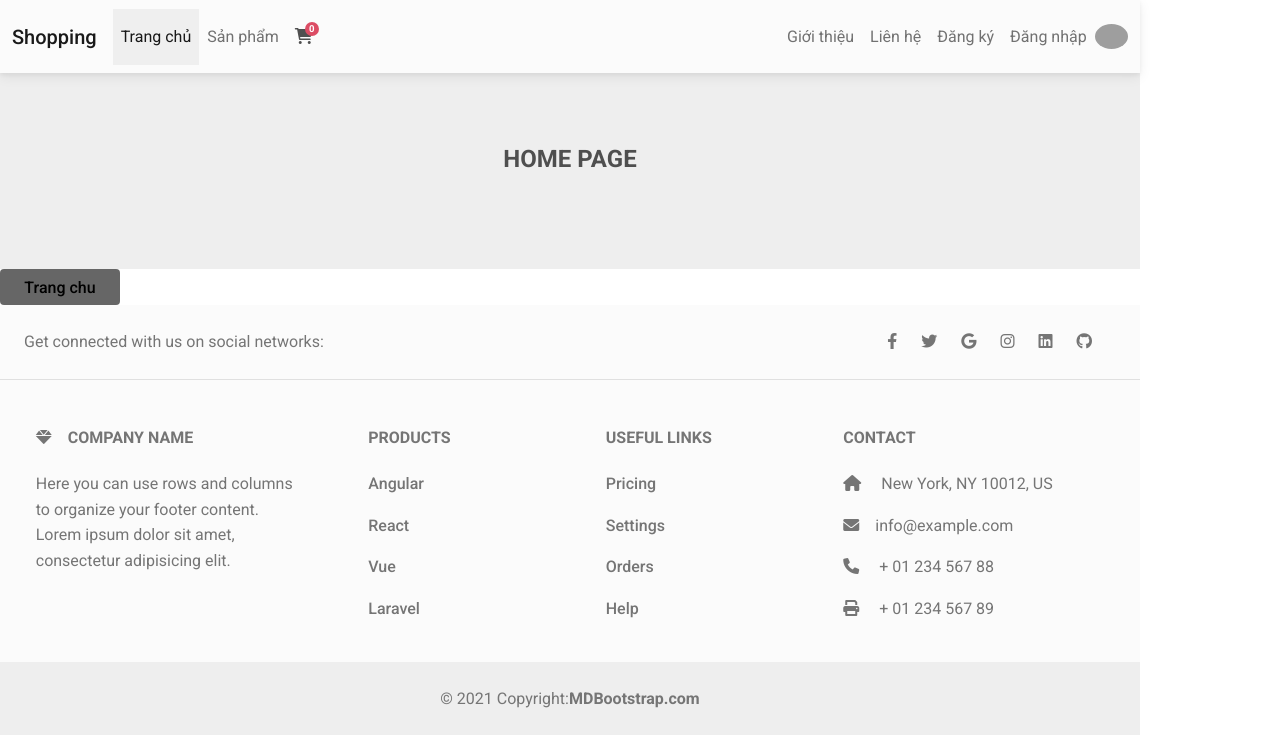
Repository: TinhTT336/MD02_Session10
Page: /
An editor plug-in stored every save of this project. The page is shown before and after the next save, followed by the edit.
The browser window is 1280 px wide. The pictures show the whole page.
Pictures or frames that could not be fetched are drawn as grey boxes. Some web libraries are served in a nearby version. The project was rebuilt for these pictures with package versions that can differ from the ones it lists, and the page was loaded fresh each time. Also part of the build but not shown: vite.config.js, src/common/formatMoney.js, src/actions/cartActions.js, src/pages/ListProduct.jsx, src/pages/Cart.jsx, src/components/base/backtop/backtop.css, src/components/base/backtop/BackToTop.jsx, src/pages/About.jsx and 4 more.

Above is the page before, as saved 2023-09-08 14:47:56.

### index.html
<!DOCTYPE html>
<html lang="en">
  <head>
    <meta charset="UTF-8" />
    <link rel="icon" type="image/svg+xml" href="/vite.svg" />
    <meta name="viewport" content="width=device-width, initial-scale=1.0" />
    <title>Vite + React</title>
    <!-- Font Awesome -->
    <link
      href="https://cdnjs.cloudflare.com/ajax/libs/font-awesome/6.0.0/css/all.min.css"
      rel="stylesheet"
    />
    <!-- Google Fonts -->
    <link
      href="https://fonts.googleapis.com/css?family=Roboto:300,400,500,700&display=swap"
      rel="stylesheet"
    />
    <!-- MDB -->
    <link
      href="https://cdnjs.cloudflare.com/ajax/libs/mdb-ui-kit/6.4.1/mdb.min.css"
      rel="stylesheet"
    />
  </head>
  <body>
    <div id="root"></div>
    <script type="module" src="/src/main.jsx"></script>
    <script
      type="text/javascript"
      src="https://cdnjs.cloudflare.com/ajax/libs/mdb-ui-kit/6.4.1/mdb.min.js"
    ></script>
  </body>
</html>

### src/main.jsx
import React from 'react'
import ReactDOM from 'react-dom/client'
import App from './App.jsx'
import './index.css'
import { BrowserRouter } from 'react-router-dom'
import { Provider } from 'react-redux'
import { createStore } from 'redux'
import { reducer } from './reducers/index.js'

const store = createStore(reducer)
ReactDOM.createRoot(document.getElementById('root')).render(
  <React.StrictMode>
    <BrowserRouter>
      <Provider store={store}>
        <App />
      </Provider>
    </BrowserRouter>
  </React.StrictMode>,
)

### src/App.jsx

import { Route, Routes, useLocation } from 'react-router-dom'
import './App.css'
import Home from './pages/Home'
import ListProduct from './pages/ListProduct'
import Cart from './pages/Cart'
import About from './pages/About'
import Contact from './pages/Contact'
import Register from './pages/Register'
import Login from './pages/Login'
import ProductDetail from './pages/ProductDetail'
import { useEffect } from 'react'

function App() {
  const location = useLocation();
  useEffect(() => {
    window.scrollTo({ top: 0, behavior: "smooth" });
  }, [location.pathname])
  return (
    <>
      <Routes>
        <Route path='/' element={<Home />}></Route>
        <Route path='/list-product' element={<ListProduct />}></Route>
        <Route path='/product/:id' element={<ProductDetail />}></Route>
        <Route path='/cart' element={<Cart />}></Route>
        <Route path='/about' element={<About />}></Route>
        <Route path='/contact' element={<Contact />}></Route>
        <Route path='/register' element={<Register />}></Route>
        <Route path='/login' element={<Login />}></Route>
        <Route path='/product-detail' element={<ProductDetail />}></Route>
      </Routes>
    </>
  )
}

export default App

### src/reducers/index.js
import { combineReducers } from "redux";
import { listProduct } from "./listProduct";
import { listCart } from "./listCart";

export const reducer = combineReducers({ listProduct, listCart });

### src/App.css
* {
  margin: 0;
  padding: 0;
  box-sizing: border-box;
}
.active {
  background-color: #efefef;
}
body {
  max-width: 90%;
  margin: 0 auto;
}

.nav-item .nav-link {
  padding: 15px;
}

.fa-cart-shopping {
  position: relative;
}

.fa-cart-shopping + span {
  position: absolute;
  top: -10px;
  right: -10px;
  background-color: red;
  color: white;
  border-radius: 50%;
  padding: 5px 10px;
}

### src/pages/Home.jsx
import React from 'react'
import Navbar from '../layouts/Navbar'
import Footer from '../layouts/Footer'
import Button from '../components/base/button/Button'

export default function Home() {
    return (
        <div>
            <Navbar />
            <section style={{ backgroundColor: "#eee" }}>
                <div className="text-center container py-5">
                    <h4 className="mt-4 mb-5">
                        <strong>HOME PAGE</strong>
                    </h4>
                </div>
            </section>
            <Button title={"Trang chu"} size={120} type={"primary"} />
            {/* <Button title={"Cap nhat"} size={120} /> */}
            <Footer />
        </div>
    )
}

### src/reducers/listProduct.js
import products from "../data/products.json";
export const listProduct = (state = products, action) => {
  return state;
};

### src/reducers/listCart.js
import {
  ACT_ADD_CART,
  ACT_DECREASE,
  ACT_DELETE,
  ACT_INCREASE,
} from "../contrains/actionTypes";

const initialState = JSON.parse(localStorage.getItem("carts")) || [];
const saveDataLocal = (arr) => {
  localStorage.setItem("carts", JSON.stringify(arr));
};

/**
 * ham lay ra vi tri cua product trong listProduct
 * @param {*} id id can kiem tra
 * @param {*} arr mang can kiem tra
 * @returns neu tim thay ban ghi thi tra ra vi tri, neu khong tra ra -1
 * Author: TinhTT(08/09/2023)
 */
const findIndexProduct = (id, arr) => {
  const productIndex = arr.findIndex((p) => p.product_id === id);
  return productIndex;
};
export const listCart = (state = initialState, action) => {
  switch (action.type) {
    case ACT_ADD_CART:
      //b1:clone mang cu
      const newCarts = [...state];
      // vi tri can lay
      const indexProduct = findIndexProduct(
        action.payload.product_id,
        newCarts
      );
      // b2: kiem tra san pham da ton tai torng gio hang chua?
      if (indexProduct !== -1) {
        // neu da ton tai thi tang so luong
        newCarts[indexProduct].quantity += 1;
        // b3: luu giu lieu len local
        saveDataLocal(newCarts);
        // b4: return mang moi
        return newCarts;
      } else {
        // neu chua thi them vao gio hang
        const newAddCarts = [...state, { ...action.payload, quantity: 1 }];
        // b3: luu giu lieu len local
        saveDataLocal(newAddCarts);
        // b4: return mang moi
        return newAddCarts;
      }
    case ACT_DECREASE:
      // clone ra mang moi
      const newArr = [...state];
      // tim vi tri san pham
      const indexProductDecrease = findIndexProduct(action.payload, newArr);
      // neu so luong sp lon hon 0 thi giam di
      if (newArr[indexProductDecrease].quantity > 1) {
        newArr[indexProductDecrease].quantity -= 1;
        saveDataLocal(newArr);
        return newArr;
      } else {
        // neu so luong bang 0 thi clear khoi gio hang
        //cach 1:
        // newArr.splice(indexProductDecrease, 1);
        // saveDataLocal(newArr);
        // return newArr;

        // cach 2:
        const productFilter = newArr.filter(
          (p) => p.product_id !== action.payload
        );
        saveDataLocal(productFilter);
        return productFilter;
      }
    case ACT_INCREASE:
      // tim vi tri san pham
      const indexProductIncrease = findIndexProduct(action.payload, state);
      // clone ra mang moi
      const newArrIncrease = [...state];
      newArrIncrease[indexProductIncrease].quantity += 1;
      saveDataLocal(newArrIncrease);
      return newArrIncrease;
    case ACT_DELETE:
      // clone ra mang moi
      const newArrDelete = [...state];
      // loc ra cac san pham co id khac voi id cua sp can xoa
      const newArrAfterDelete = newArrDelete.filter(
        (p) => p.product_id !== action.payload
      );
      // luu giu lieu len local
      saveDataLocal(newArrAfterDelete);
      // return mang moi
      return newArrAfterDelete;
    default:
      return state;
  }
};

### src/layouts/Navbar.jsx
import React from 'react'
import { useSelector } from 'react-redux'
import { Link, NavLink } from 'react-router-dom'

export default function Navbar() {
    const carts = useSelector(cart => cart.listCart);
    return (
        <div>
            <>
                {/* Navbar start */}
                {/* Navbar */}
                <nav className="navbar navbar-expand-lg navbar-light bg-light">
                    {/* Container wrapper */}
                    <div className="container-fluid">
                        {/* Toggle button */}
                        <button
                            className="navbar-toggler"
                            type="button"
                            data-mdb-toggle="collapse"
                            data-mdb-target="#navbarSupportedContent"
                            aria-controls="navbarSupportedContent"
                            aria-expanded="false"
                            aria-label="Toggle navigation"
                        >
                            <i className="fas fa-bars" />
                        </button>
                        {/* Collapsible wrapper */}
                        <div className="collapse navbar-collapse" id="navbarSupportedContent">
                            {/* Navbar brand */}
                            <a className="navbar-brand mt-2 mt-lg-0" >
                                {" "}
                                Shopping{" "}
                            </a>
                            {/* Left links */}
                            <ul className="navbar-nav me-auto mb-2 mb-lg-0">
                                <li className="nav-item">
                                    <NavLink to={"/"} className="nav-link" >
                                        Trang chủ
                                    </NavLink>
                                </li>
                                <li className="nav-item">
                                    <NavLink to={"/list-product"} className="nav-link" >
                                        Sản phẩm
                                    </NavLink>
                                </li>
                                <li className="nav-item">
                                    {/* Icon */}
                                    <Link to={"/cart"} className="text-reset me-3 nav-link" >
                                        <i className="fas fa-shopping-cart" />
                                        <span className="badge rounded-pill badge-notification bg-danger">
                                            {carts.length}
                                        </span>
                                    </Link>
                                </li>
                            </ul>
                            {/* Left links */}
                        </div>
                        {/* Collapsible wrapper */}
                        {/* Right elements */}
                        <div className="d-flex align-items-center">
                            <ul className="navbar-nav me-auto mb-2 mb-lg-0">
                                <li className="nav-item">
                                    <NavLink to={"/about"} className="nav-link" >
                                        Giới thiệu
                                    </NavLink>
                                </li>
                                <li className="nav-item">
                                    <NavLink to={"/contact"} className="nav-link" >
                                        Liên hệ
                                    </NavLink>
                                </li>
                                <li className="nav-item">
                                    <NavLink to={"/register"} className="nav-link" >
                                        Đăng ký
                                    </NavLink>
                                </li>
                                <li className="nav-item">
                                    <NavLink to={"/login"} className="nav-link" >
                                        Đăng nhập
                                    </NavLink>
                                </li>
                            </ul>
                            {/* Avatar */}
                            <div className="dropdown">
                                <a
                                    className="dropdown-toggle d-flex align-items-center hidden-arrow"

                                    id="navbarDropdownMenuAvatar"
                                    role="button"
                                    data-mdb-toggle="dropdown"
                                    aria-expanded="false"
                                >
                                    <img
                                        src="https://mdbcdn.b-cdn.net/img/new/avatars/2.webp"
                                        className="rounded-circle"
                                        height={25}
                                        alt="Black and White Portrait of a Man"
                                        loading="lazy"
                                    />
                                </a>
                                <ul
                                    className="dropdown-menu dropdown-menu-end"
                                    aria-labelledby="navbarDropdownMenuAvatar"
                                >
                                    <li>
                                        <a className="dropdown-item" >
                                            My profile
                                        </a>
                                    </li>
                                    <li>
                                        <a className="dropdown-item" >
                                            Settings
                                        </a>
                                    </li>
                                    <li>
                                        <a className="dropdown-item" >
                                            Logout
                                        </a>
                                    </li>
                                </ul>
                            </div>
                        </div>
                        {/* Right elements */}
                    </div>
                    {/* Container wrapper */}
                </nav>
                {/* Navbar end */}
            </>

        </div>
    )
}

### src/layouts/Footer.jsx
import React from 'react'

export default function Footer() {
    return (
        <>
            <>
                {/* Footer start */}
                {/* Footer */}
                <footer className="text-center text-lg-start bg-light text-muted">
                    {/* Section: Social media */}
                    <section className="d-flex justify-content-center justify-content-lg-between p-4 border-bottom">
                        {/* Left */}
                        <div className="me-5 d-none d-lg-block">
                            <span>Get connected with us on social networks:</span>
                        </div>
                        {/* Left */}
                        {/* Right */}
                        <div>
                            <a href="" className="me-4 text-reset">
                                <i className="fab fa-facebook-f" />
                            </a>
                            <a href="" className="me-4 text-reset">
                                <i className="fab fa-twitter" />
                            </a>
                            <a href="" className="me-4 text-reset">
                                <i className="fab fa-google" />
                            </a>
                            <a href="" className="me-4 text-reset">
                                <i className="fab fa-instagram" />
                            </a>
                            <a href="" className="me-4 text-reset">
                                <i className="fab fa-linkedin" />
                            </a>
                            <a href="" className="me-4 text-reset">
                                <i className="fab fa-github" />
                            </a>
                        </div>
                        {/* Right */}
                    </section>
                    {/* Section: Social media */}
                    {/* Section: Links  */}
                    <section className="">
                        <div className="container text-center text-md-start mt-5">
                            {/* Grid row */}
                            <div className="row mt-3">
                                {/* Grid column */}
                                <div className="col-md-3 col-lg-4 col-xl-3 mx-auto mb-4">
                                    {/* Content */}
                                    <h6 className="text-uppercase fw-bold mb-4">
                                        <i className="fas fa-gem me-3" />
                                        Company name
                                    </h6>
                                    <p>
                                        Here you can use rows and columns to organize your footer content.
                                        Lorem ipsum dolor sit amet, consectetur adipisicing elit.
                                    </p>
                                </div>
                                {/* Grid column */}
                                {/* Grid column */}
                                <div className="col-md-2 col-lg-2 col-xl-2 mx-auto mb-4">
                                    {/* Links */}
                                    <h6 className="text-uppercase fw-bold mb-4">Products</h6>
                                    <p>
                                        <a href="#!" className="text-reset">
                                            Angular
                                        </a>
                                    </p>
                                    <p>
                                        <a href="#!" className="text-reset">
                                            React
                                        </a>
                                    </p>
                                    <p>
                                        <a href="#!" className="text-reset">
                                            Vue
                                        </a>
                                    </p>
                                    <p>
                                        <a href="#!" className="text-reset">
                                            Laravel
                                        </a>
                                    </p>
                                </div>
                                {/* Grid column */}
                                {/* Grid column */}
                                <div className="col-md-3 col-lg-2 col-xl-2 mx-auto mb-4">
                                    {/* Links */}
                                    <h6 className="text-uppercase fw-bold mb-4">Useful links</h6>
                                    <p>
                                        <a href="#!" className="text-reset">
                                            Pricing
                                        </a>
                                    </p>
                                    <p>
                                        <a href="#!" className="text-reset">
                                            Settings
                                        </a>
                                    </p>
                                    <p>
                                        <a href="#!" className="text-reset">
                                            Orders
                                        </a>
                                    </p>
                                    <p>
                                        <a href="#!" className="text-reset">
                                            Help
                                        </a>
                                    </p>
                                </div>
                                {/* Grid column */}
                                {/* Grid column */}
                                <div className="col-md-4 col-lg-3 col-xl-3 mx-auto mb-md-0 mb-4">
                                    {/* Links */}
                                    <h6 className="text-uppercase fw-bold mb-4">Contact</h6>
                                    <p>
                                        <i className="fas fa-home me-3" /> New York, NY 10012, US
                                    </p>
                                    <p>
                                        <i className="fas fa-envelope me-3" />
                                        info@example.com
                                    </p>
                                    <p>
                                        <i className="fas fa-phone me-3" /> + 01 234 567 88
                                    </p>
                                    <p>
                                        <i className="fas fa-print me-3" /> + 01 234 567 89
                                    </p>
                                </div>
                                {/* Grid column */}
                            </div>
                            {/* Grid row */}
                        </div>
                    </section>
                    {/* Section: Links  */}
                    {/* Copyright */}
                    <div
                        className="text-center p-4"
                        style={{ backgroundColor: "rgba(0, 0, 0, 0.05)" }}
                    >
                        © 2021 Copyright:
                        <a className="text-reset fw-bold" href="https://mdbootstrap.com/">
                            MDBootstrap.com
                        </a>
                    </div>
                    {/* Copyright */}
                </footer>
                {/* Footer */}
                {/* Footer end */}
            </>

        </ >
    )
}

### src/components/base/button/Button.jsx
import React from 'react';
import "./button.css";

export default function Button({ title, size, type }) {
    const styleObj = {
        width: size + "px",
    }
    return (
        <>
            <button style={styleObj} className={`t-button t-button-${type}`}>
                {title}
            </button>
        </>
    )
}

### src/contrains/actionTypes.js
export const ACT_ADD_CART = "add";
export const ACT_DECREASE = "decrease";
export const ACT_INCREASE = "increase";
export const ACT_DELETE = "delete";

### src/components/base/button/button.css
.t-button {
  height: 36px;
  border: 1px solid transparent;
  border-radius: 4px;
  padding: 0 16px;
  min-width: 80px;
  /* line-height: 36px; */
  cursor: pointer;
  background-color: #efefef;
}
.t-button:hover {
  background-color: #868686;
  color: #fff;
}
.t-button-primary {
  background-color: rgba(0, 0, 0, 0.6);
}
.t-button-primary:hover {
  background-color: rgba(0, 0, 0, 0.9);
}

Loaded but not shown: src/index.css (common file); src/data/products.json (44 lines, source omitted)

After the next save:
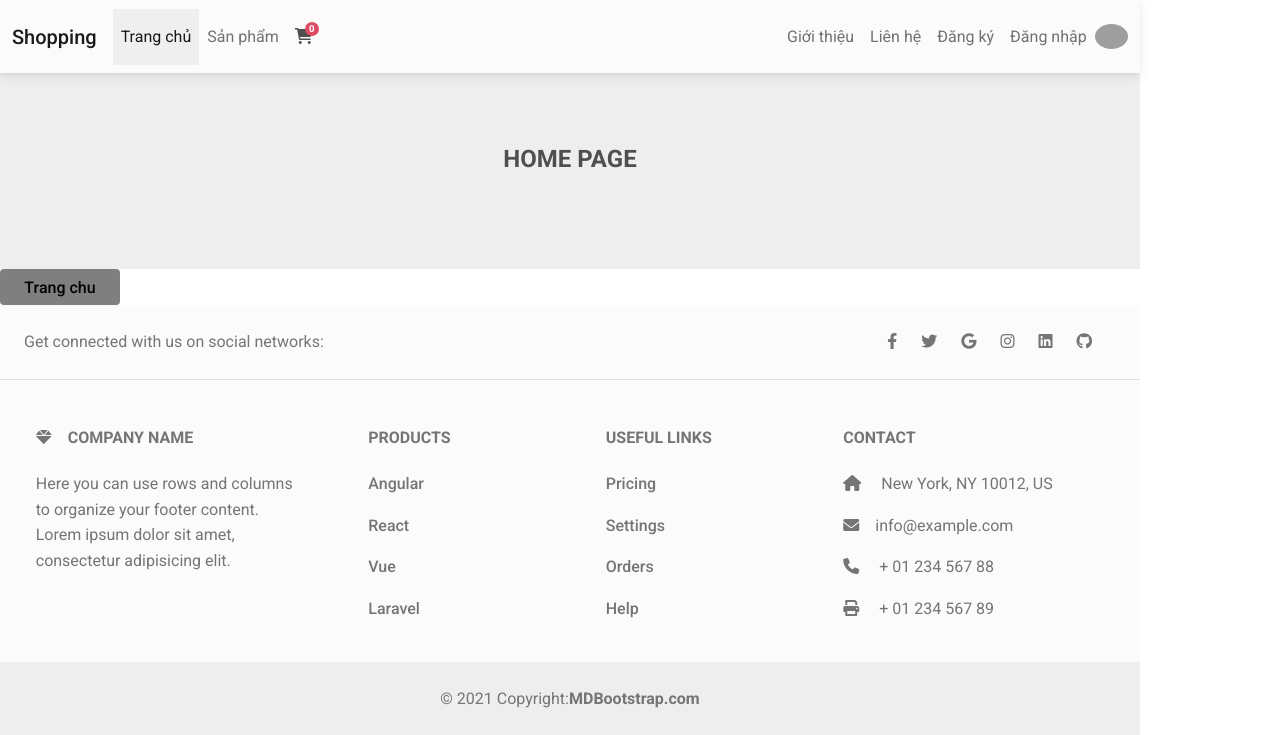
Saved 11 s later.
--- a/src/components/base/button/button.css
+++ b/src/components/base/button/button.css
@@ -13,8 +13,9 @@
   color: #fff;
 }
 .t-button-primary {
-  background-color: rgba(0, 0, 0, 0.6);
+  background-color: rgba(0, 0, 0, 0.5);
 }
 .t-button-primary:hover {
   background-color: rgba(0, 0, 0, 0.9);
+  color: #fff;
 }
